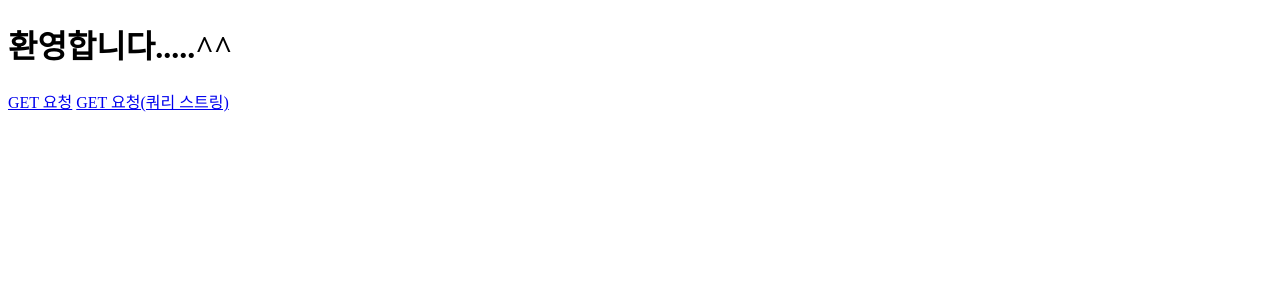
Repository: bitcamp-pool/newlecwork
Page: JSPprj/src/main/webapp/index.html
The author's editor kept a copy of each file at every save. The page is drawn from the files as they stood at one save, then again after the next save.
The browser window is 1280 px wide. The pictures show the whole page.

Above is the page before, as saved 2022-04-17 06:43:18.

### JSPprj/src/main/webapp/index.html
<!--
	실행(ctrl + F11) : 이문서는
	톰캣의 디렉토리로 옮겨지고 WAS가 실행된 후
	이클립스가 브라우저를 띄워서 index.html을 요청
	톰캣으로 배포된 디렉토리에 있는 파일이 실행된다.

	Window->Web Broswer 설정
	요청url을 살펴보면...프로젝트 이름이...
	http://localhost:8080/JSPprj/index.html

	프로젝트>우클릭>Properties>Web Project Settings에서
	Context root: / 로 바꿈
	톰캣 stop
	Severs탭에서 프로젝트 context 삭제

	실행(ctrl+F11)
	요청url : context명이 사라짐
	(http://localhost:8080/index.html)

	-> 서블릿(자바) 만들기
-->
<!DOCTYPE html>
<html>
<head>
<meta charset="UTF-8">
<title>Insert title here</title>
</head>
<body>
	<h1>환영합니다.....^^</h1>
	<a href="greq">GET 요청</a>
	<a href="greq?cnt=5">GET 요청(쿼리 스트링)</a>
</body>
</html>

After the next save:
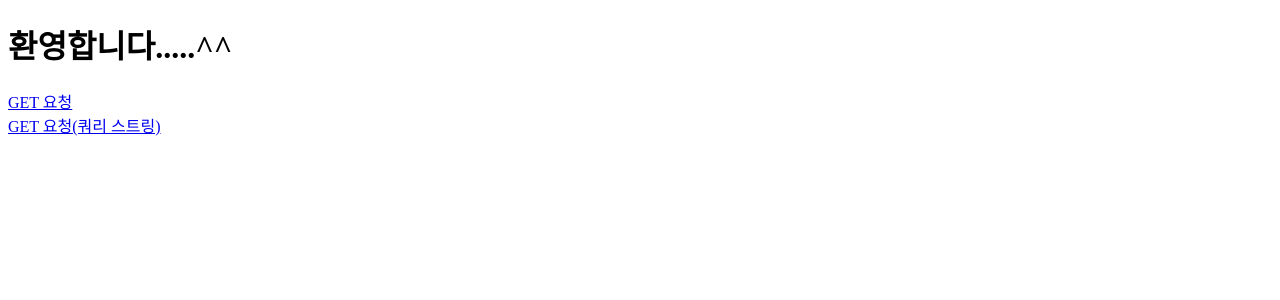
Saved 40 s later.
--- a/JSPprj/src/main/webapp/index.html
+++ b/JSPprj/src/main/webapp/index.html
@@ -27,7 +27,7 @@
 </head>
 <body>
 	<h1>환영합니다.....^^</h1>
-	<a href="greq">GET 요청</a>
+	<a href="greq">GET 요청</a><br>
 	<a href="greq?cnt=5">GET 요청(쿼리 스트링)</a>
 </body>
 </html>
